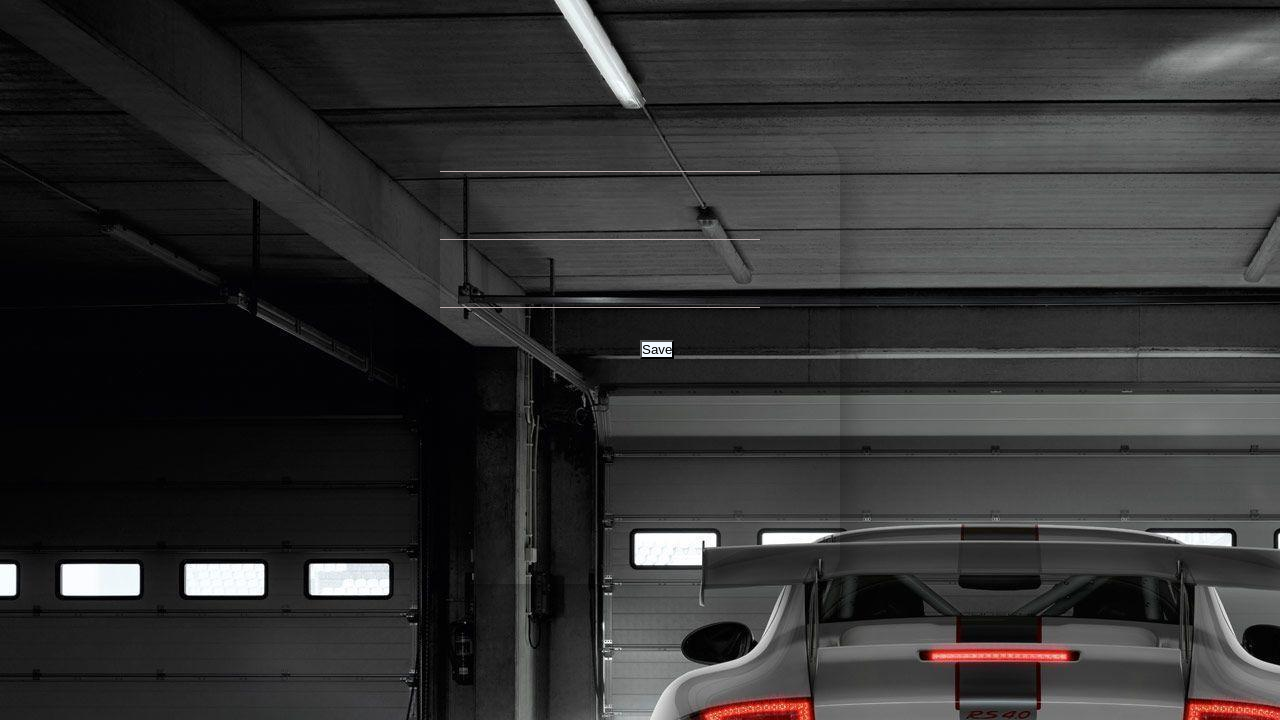
Repository: rkrukshan/Glass_Login_CSS
Page: login.html
The author's editor kept a copy of each file at every save. The page is drawn from the files as they stood at one save, then again after the next save.
The browser window is 1280 px wide. The pictures show the whole page.

Above is the page before, as saved 2023-10-03 20:02:19.

### login.html
<!DOCTYPE html>
<html lang="en">
<head>
    <style>
    *
    {
        margin: 0;
        padding: 0;
        box-sizing: border-box;
        cursor: pointer;
    }
    body
    {
        height: 100vh;
        width: 100%;
        display: flex;
        justify-content: center;
        align-items: center;
    }
    form
    {
        width: 25rem;
        height: 28rem;
        flex-direction: column;
        background: rgba(91, 209, 255, 0.06);
        box-shadow: 0 8px 41px 0 rgba(0, 0, 0, 0.37);
        border-radius: 30px;
        border-left: 1px solid rgba(red, green, blue, .3);
        border-top: 1px solid rgba(red, green, blue, .3);
        background:transparent;
        border:solid 1px rgb(black)
    }
    input
    {
      width: 80%;
      margin: 5% auto;
      margin-bottom: 8%;
      border: none;
      outline: none;
      background: transparent;
      color: white;
      border-bottom: 1px solid rgb(202, 185, 185);
      opacity: .9;
    }
    button
    {
        background-color: aliceblue;
        position: absolute;
        align-items:center;

    }
    </style>
    <meta charset="UTF-8">
    <meta name="viewport" content="width=device-width, initial-scale=1.0">
    <title>Document</title>
</head>
<body style="background-image: url(images/1.jpg);">
    <form action="">
<label for=""></label>
        <input type="text">
<label for=""></label>
        <input type="text">
<label for=""></label>
        <input type="text">
        <br>
        <center><button>Save</button></center>
    </form>
</body>
</html>

After the next save:
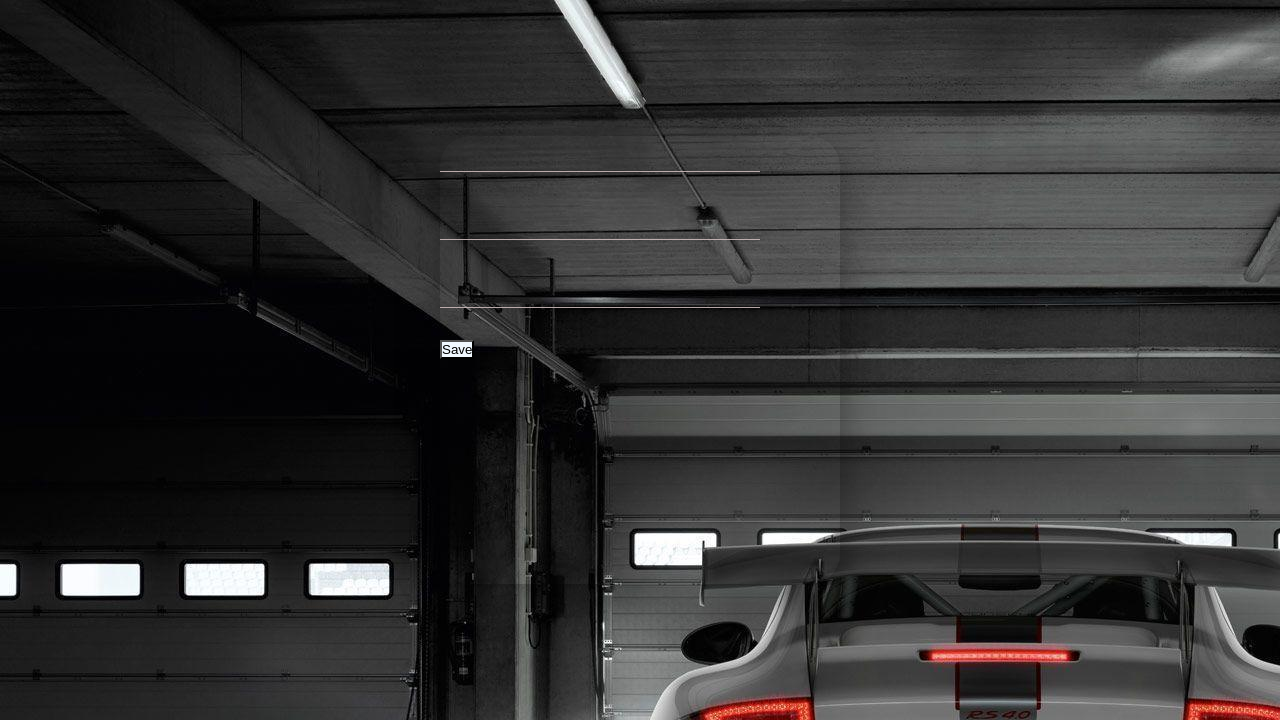
Saved 11 s later.
--- a/login.html
+++ b/login.html
@@ -63,7 +63,7 @@
 <label for=""></label>
         <input type="text">
         <br>
-        <center><button>Save</button></center>
+        <button>Save</button></center>
     </form>
 </body>
 </html>
